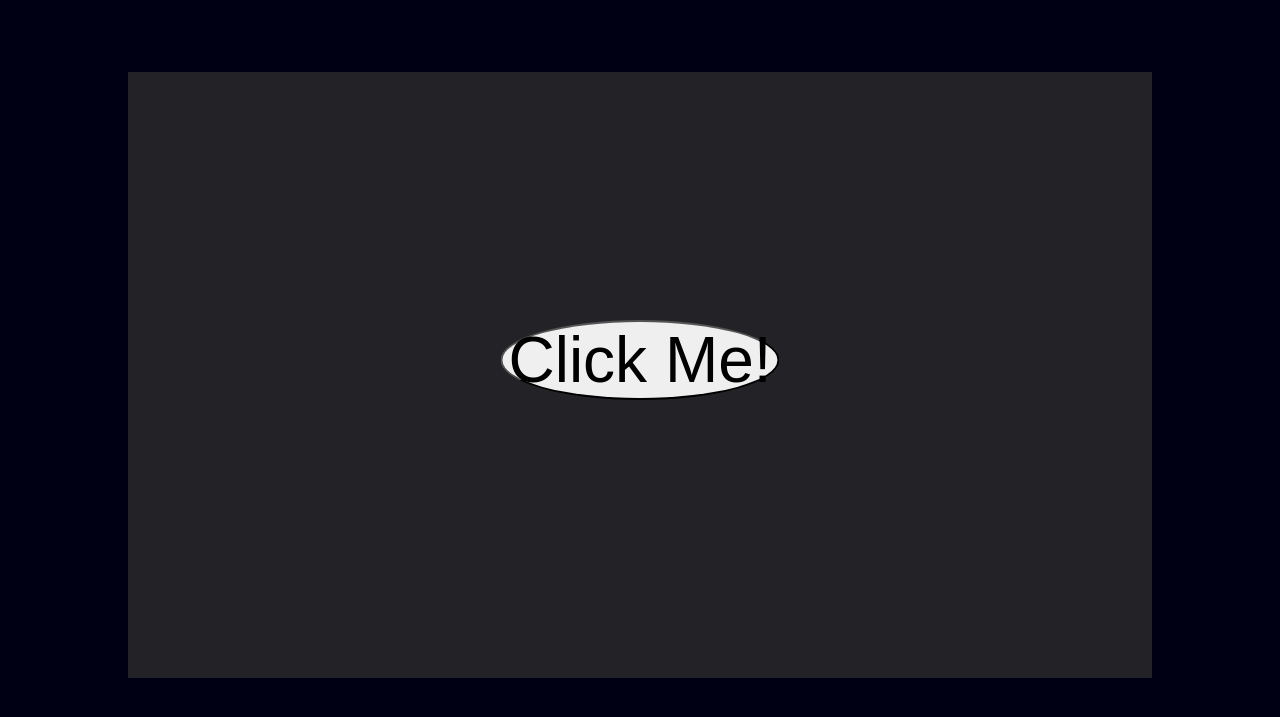
Repository: Francois-QUICODE/CSS-Micro-Projects
Page: Projects/02-Pulsating-Button.html
These files come from the project's save history. The page is drawn as it stood at one moment and after the next save; the edit follows.
The browser window is 1280 px wide. The pictures show the whole page.
Some web fonts or font styles are not loaded; a fallback is used.

Above is the page before, as saved 2020-11-29 14:04:38.

### Projects/02-Pulsating-Button.html
<!DOCTYPE html>
<html lang="fr">
  <head>
    <meta charset="UTF-8" />
    <title>Pulsating Button</title>
  </head>
  <body>
    <div class="container">
      <button class="pulsating-button">Click Me!</button>
      <div class="pulsation"></div>
    </div>
    <style>
      @import url("https://fonts.googleapis.com/css2?family=Alatsi&display=swap");

      body {
        background-color: #000014;
        width: 80vw;
        max-width: 1024px;
        margin: auto;
        color: #e5e1e1;
        padding-top: 10vh;
        font-family: "Alatsi", sans-serif;
      }

      .container {
        background-color: #222227;
        padding: 15px;
        display: flex;
        height: 80vh;
      }

      .pulsating-button,
      .pulsation {
        position: absolute;
        top: 50%;
        left: 50%;
        transform: translate(-50%, -50%);
        border-radius: 50%;
        font-size: 5vw;
      }
    </style>
  </body>
</html>

After the next save:
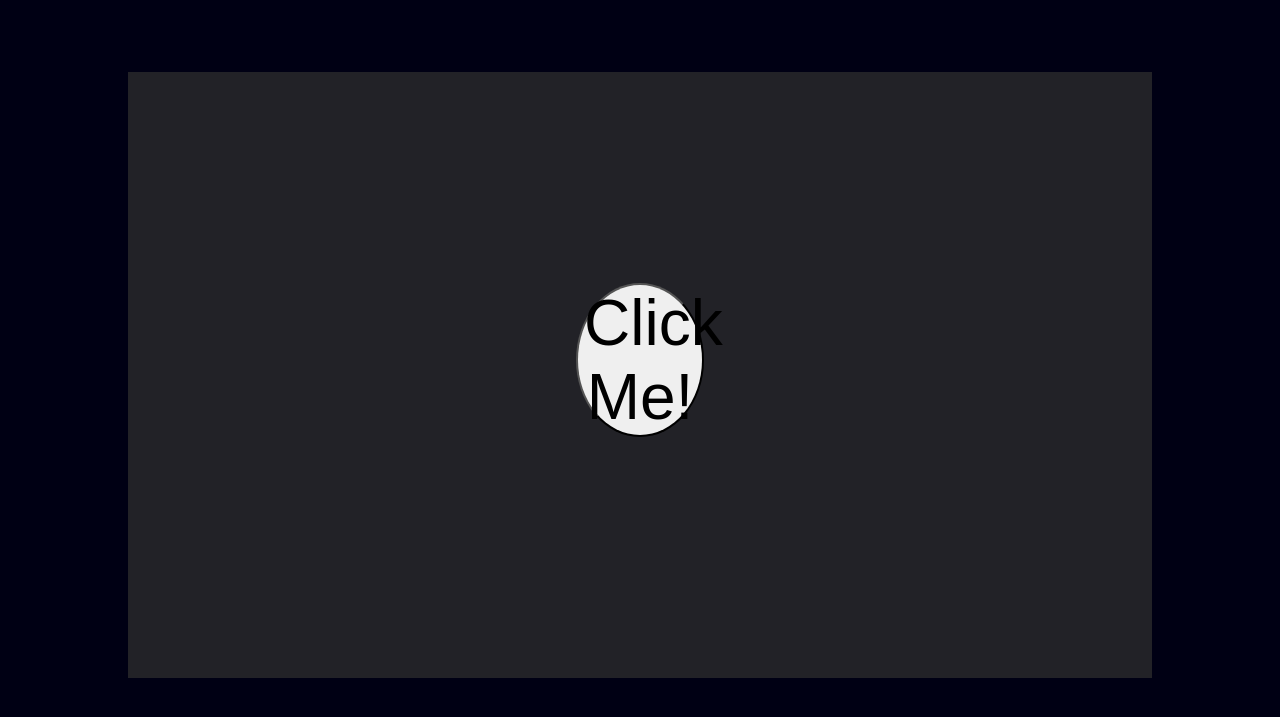
Saved 15 s later.
--- a/Projects/02-Pulsating-Button.html
+++ b/Projects/02-Pulsating-Button.html
@@ -37,6 +37,7 @@
         transform: translate(-50%, -50%);
         border-radius: 50%;
         font-size: 5vw;
+        width: 10vw;
       }
     </style>
   </body>
